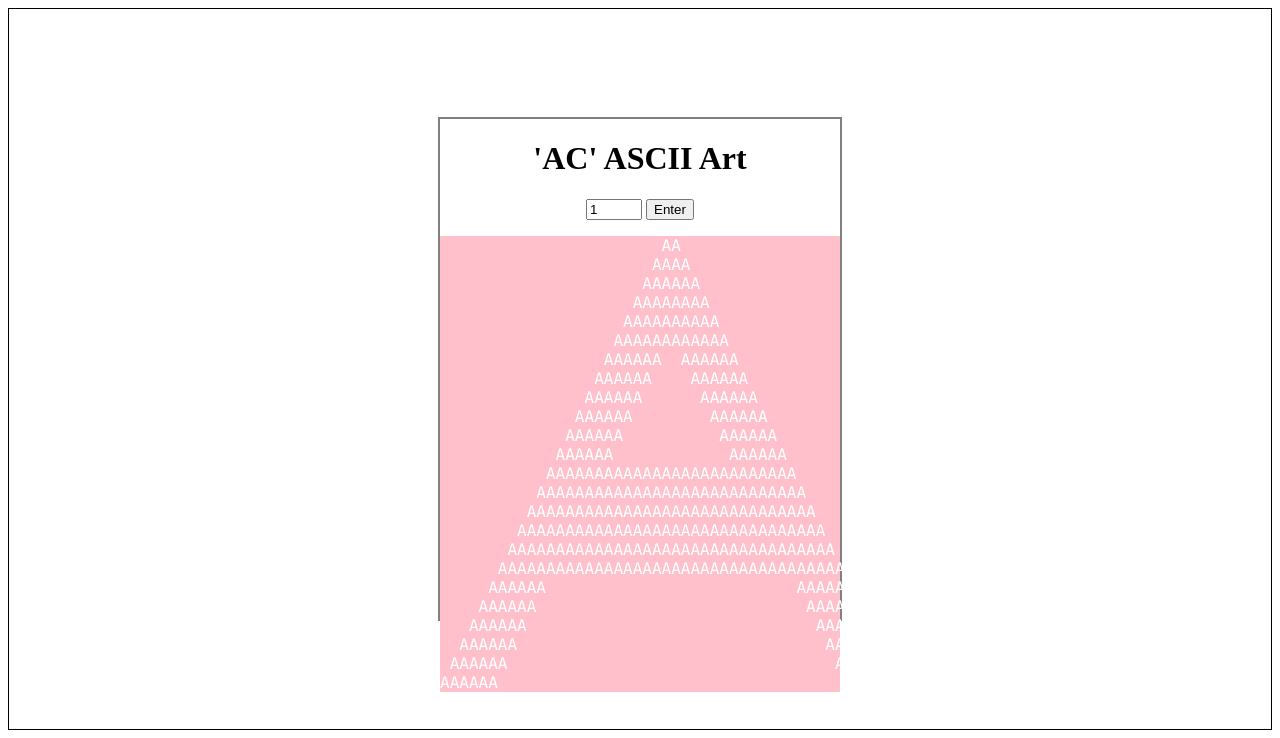
Repository: Achorn/ascii-art
Page: index.html
The author's editor kept a copy of each file at every save. The page is drawn from the files as they stood at one save, then again after the next save.
The browser window is 1280 px wide. The pictures show the whole page.

Above is the page before, as saved 2021-08-09 17:37:26.

After the next save:
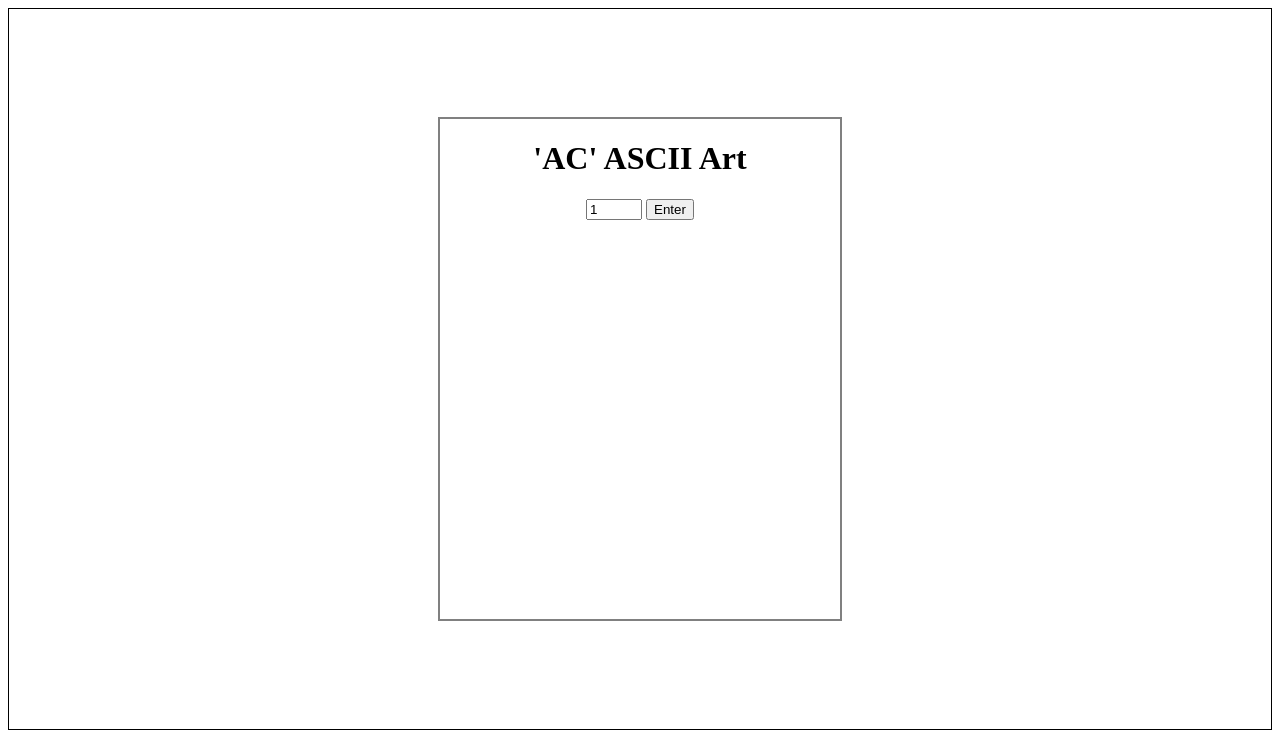
Console error: TypeError: Cannot set properties of null (setting 'innerHTML')
Saved 65 s later.
--- a/index.html
+++ b/index.html
@@ -14,7 +14,10 @@
       <button>Enter</button>
       <div id="ascii">
         <div id="a-container">
-          <p id="mono" style="font-family: 'Lucida Console', monospace"></p>
+          <p id="mono-a" style="font-family: 'Lucida Console', monospace"></p>
+        </div>
+        <div id="c-container">
+          <p id="mono-c" style="font-family: 'Lucida Console', monospace"></p>
         </div>
       </div>
     </form>

After the 5 saves that followed:
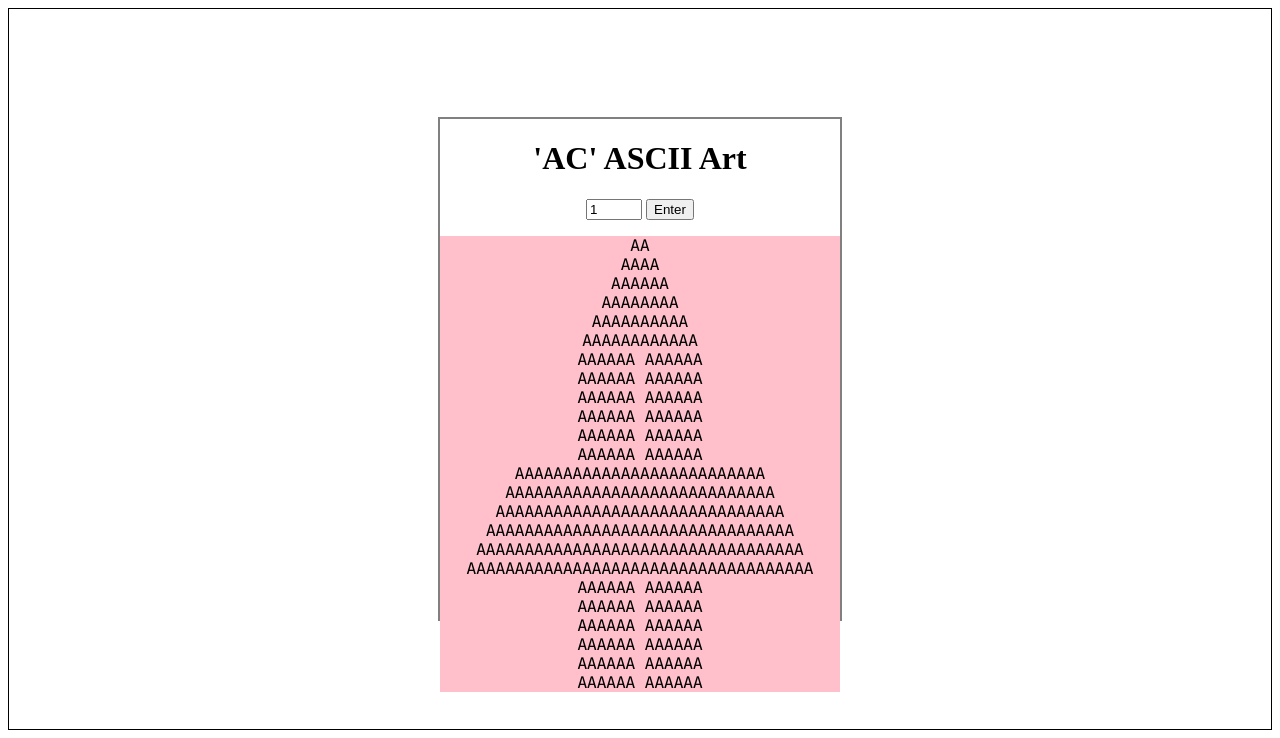
The error is gone.
The 5 saves are shown as one change because 3 left the picture as it was and some came seconds apart.
The last was saved 75 s later.
--- a/styles.css
+++ b/styles.css
@@ -17,11 +17,17 @@ form {
 .ascii {
   border-radius: 1px solid black;
 }
+
 #a-container {
   background-color: pink;
 }
-#mono {
+#c-container {
+  background-color: pink;
+}
+#mono-a {
   /* font-size: 25.5vw; */
   color: white;
   white-space: pre;
 }
+#mono-c {
+}
--- a/myscripts.js
+++ b/myscripts.js
@@ -197,11 +197,12 @@ function trimA(arr, lWidth) {
   }
 }
 
-let mono = document.getElementById("mono");
+let monoA = document.getElementById("mono-a");
+let monoC = document.getElementById("mono-c");
 let scale = 6;
 let scaled = scaleSpread(four, scale);
 trimA(scaled, scale);
 
 // mono.innerHTML = halfArrToString(scaleSpread(four, 7));
-mono.innerHTML = halfArrToString(scaled);
+monoC.innerHTML = halfArrToString(scaled);
 // mono.innerHTML += arrToString(scaleSpread(eight, 1));
